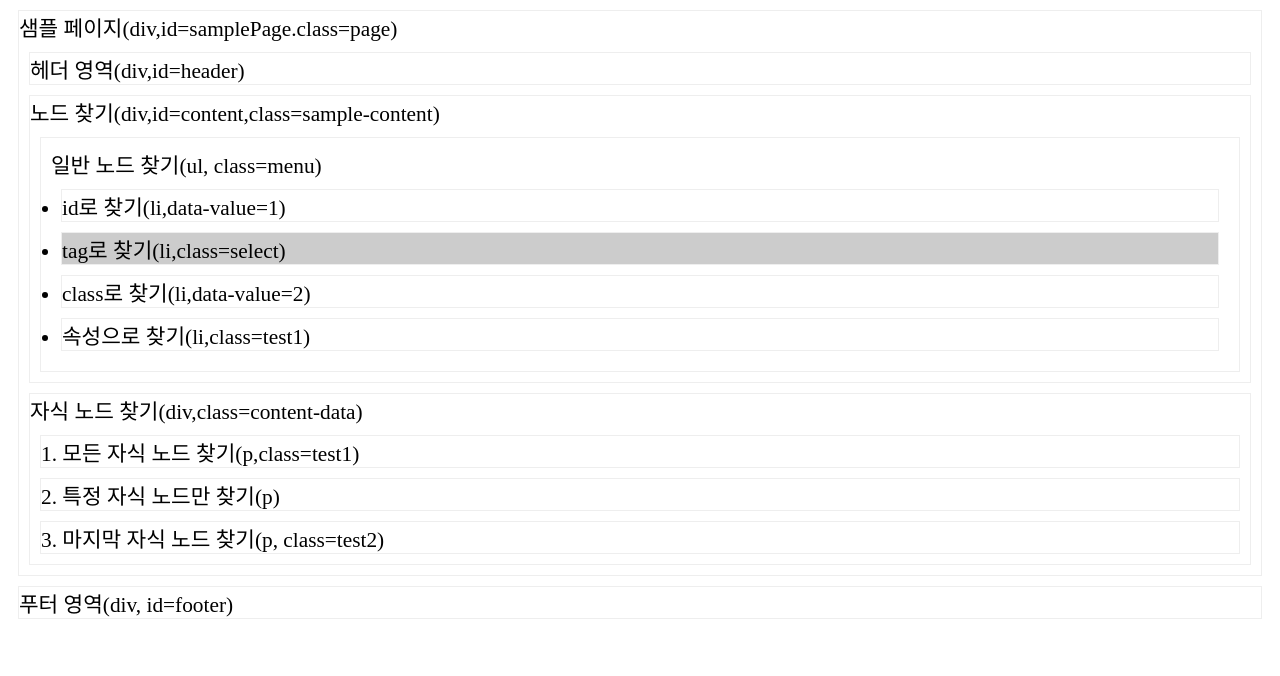
Repository: swc0516s/EZEN-JS
Page: JavaScript Workspace Lecture/JavaScript_jQuery_03/WebContent/Chapter01/1_03.html
These files come from the project's save history. The page is drawn as it stood at one moment and after the next save; the edit follows.
The browser window is 1280 px wide. The pictures show the whole page.

Above is the page before, as saved 2022-03-17 02:51:11.

After the next save:
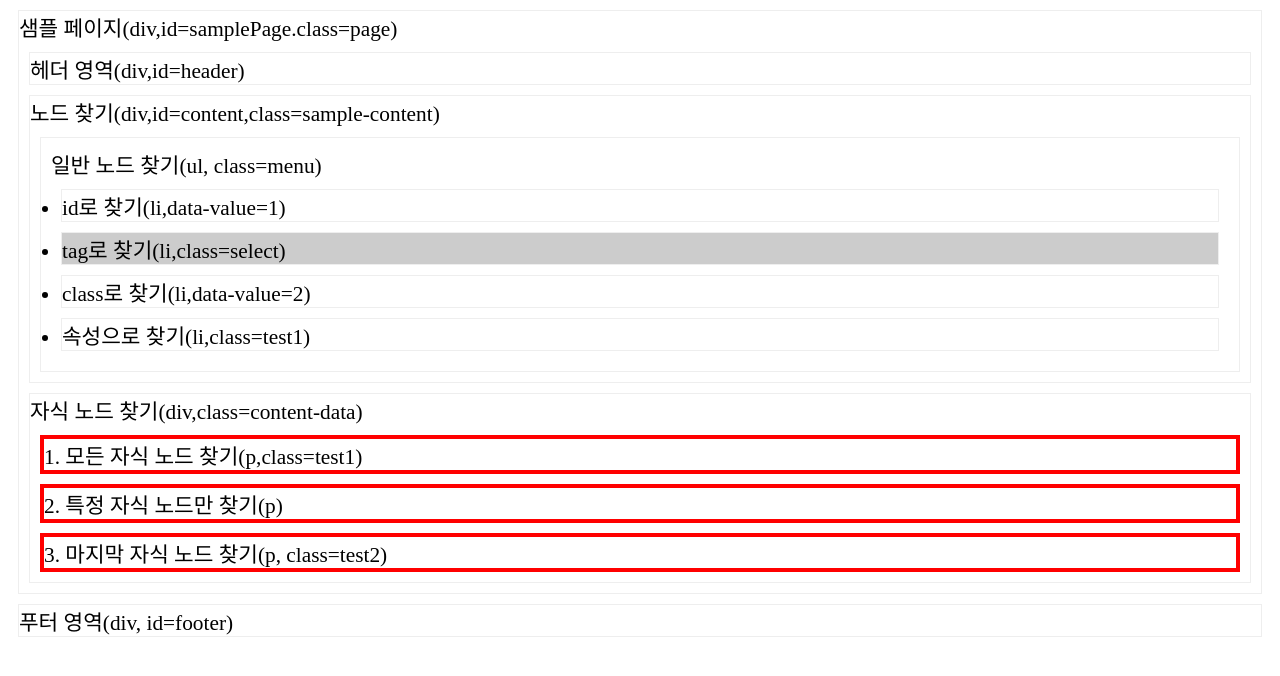
Saved 9 s later.
--- a/JavaScript Workspace Lecture/JavaScript_jQuery_03/WebContent/Chapter01/1_03.html
+++ b/JavaScript Workspace Lecture/JavaScript_jQuery_03/WebContent/Chapter01/1_03.html
@@ -31,7 +31,7 @@ li.select {
 		header.style.border = "4px solid #f00";
 	}*/
 	$(document).ready(function() {
-		$("<p>").css("border", "4px solid #ff0000");
+		$("p").css("border", "4px solid #ff0000");
 	});
 </script>
 </head>
